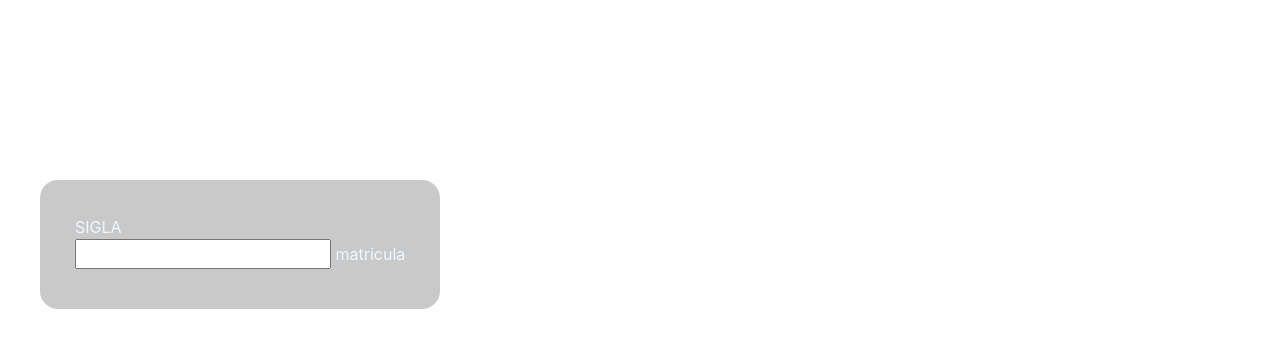
Repository: Melancia06/agenda
Page: index.html
The author's editor kept a copy of each file at every save. The page is drawn from the files as they stood at one save, then again after a run of saves.
The browser window is 1280 px wide. The pictures show the whole page.

Above is the page before, as saved 2024-08-08 09:22:42.

After the next 4 saves:
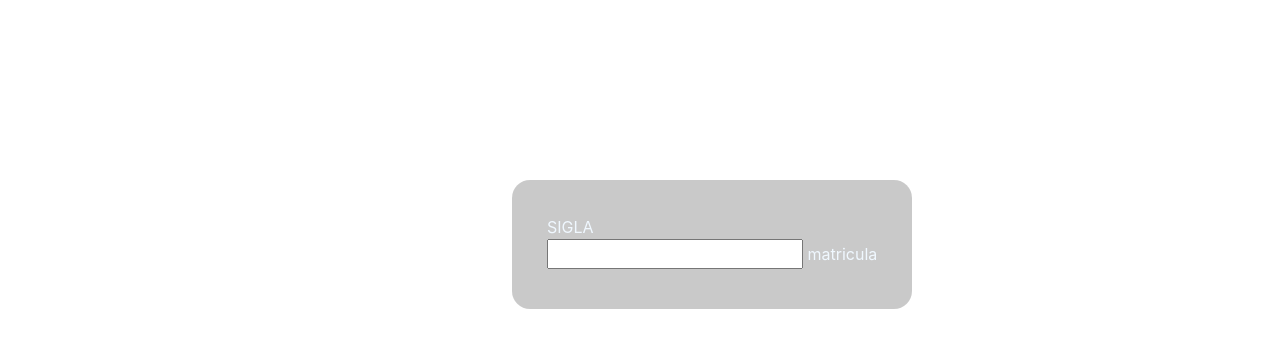
The 4 saves are shown as one change because they came seconds apart.
The last was saved 13 s later.
--- a/css/css.css
+++ b/css/css.css
@@ -1,7 +1,7 @@
 .marca{
     position: absolute;
    background-color:rgba(78, 78, 78, 0.3);
-   left: 40px;
+   left: 40%;
    top: 25%;
     padding: 35px;
     border-radius: 18px;
